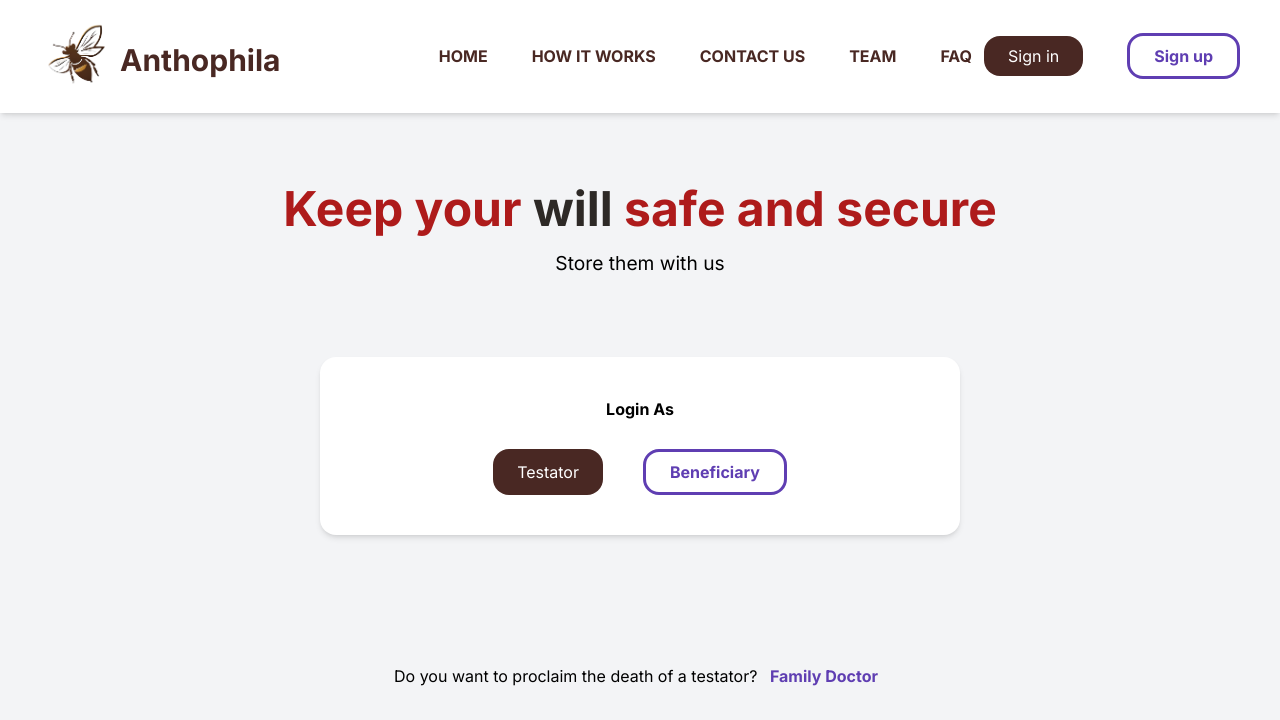
Repository: marcusdashe/anthophila
Page: /
The author's editor kept a copy of each file at every save. The page is drawn from the files as they stood at one save, then again after the next save.
The browser window is 1280 px wide. The pictures show the whole page.
The project was rebuilt for these pictures with package versions that can differ from the ones it lists, and the page was loaded fresh each time. The framework's server and built-in components were replaced by stand-ins that run in the browser. Also part of the build but not shown: next.config.js, styles/Home.module.css.

Above is the page before, as saved 2023-03-02 20:48:43.

After the next save:
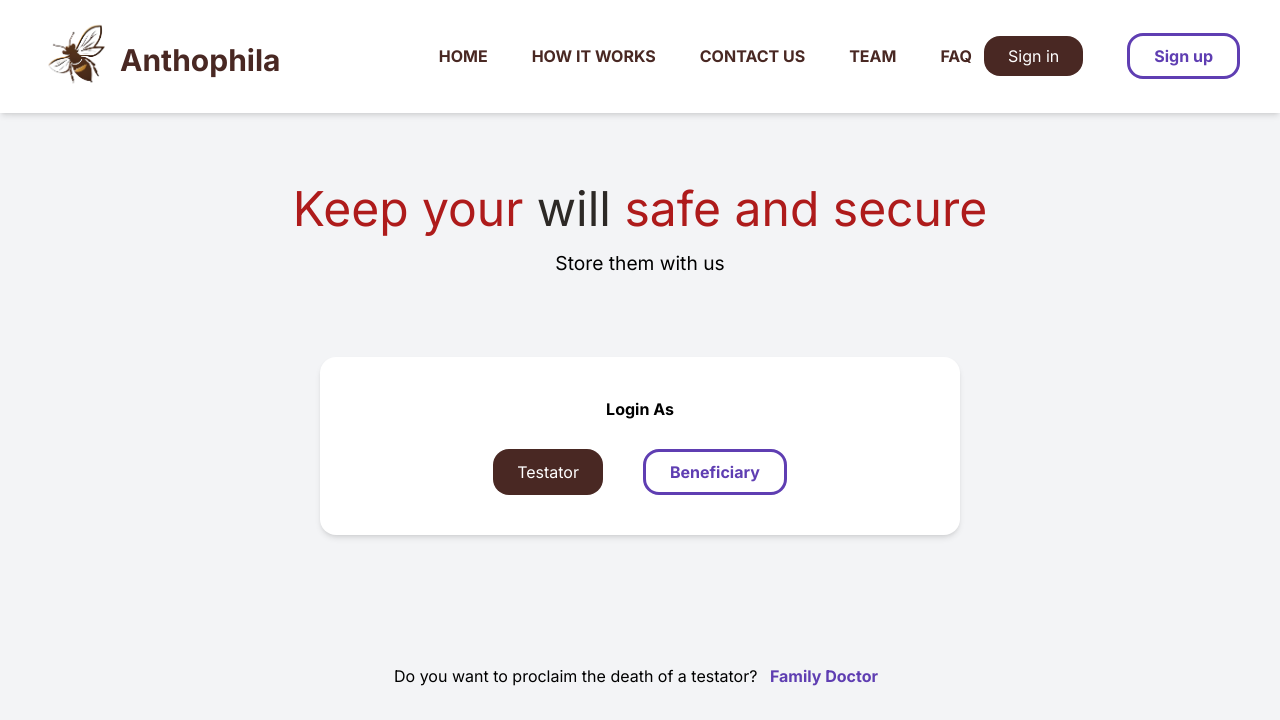
Saved 115 s later.
--- a/components/Hero.jsx
+++ b/components/Hero.jsx
@@ -7,7 +7,7 @@
     <div className="bg-gray-100 h-screen flex justify-center items-center flex-col">
       <header className="">
         <div className="max-w-7xl mx-auto px-4 sm:px-6 lg:px-8 flex flex-col items-center justify-center">
-          <h1 className="text-5xl font-bold text-[#AE1B1B] text-center mb-4">
+          <h1 className="text-5xl  text-[#AE1B1B] text-center mb-4">
             Keep your <span className="text-[#2D2926]">will</span> safe and
             secure
           </h1>

After the save that followed:
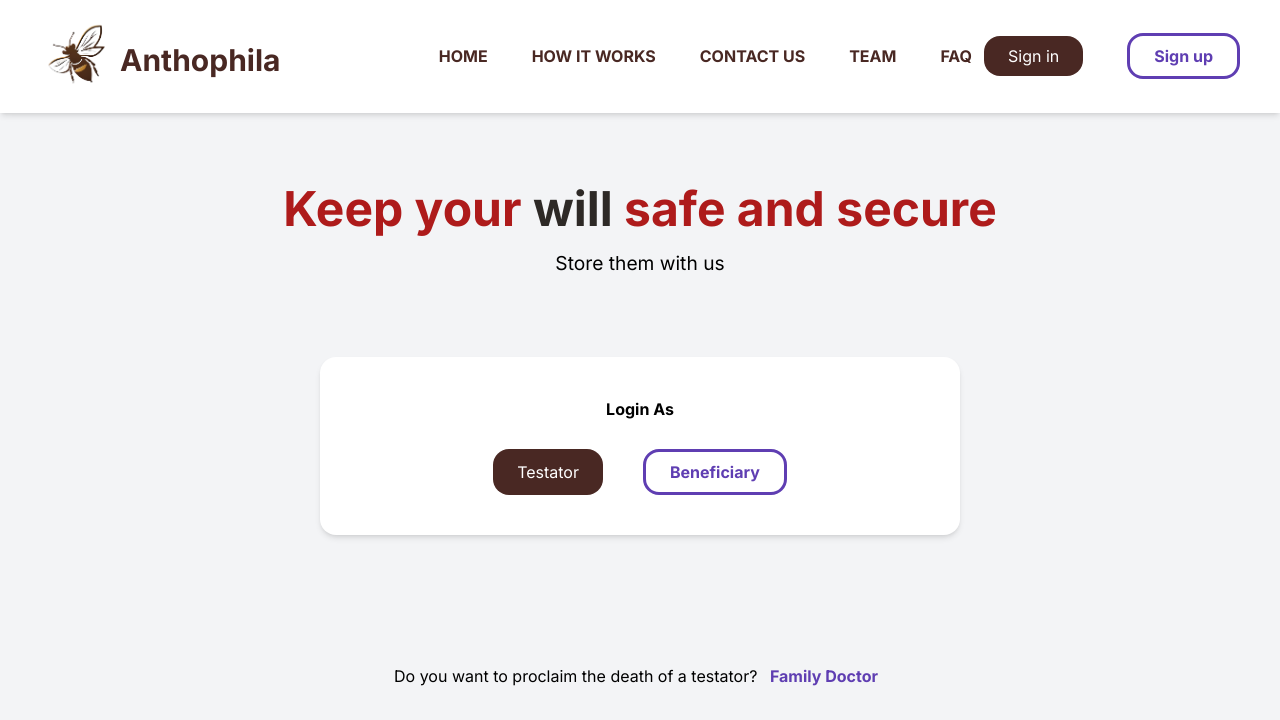
Saved 12 s later.
--- a/components/Hero.jsx
+++ b/components/Hero.jsx
@@ -7,7 +7,7 @@
     <div className="bg-gray-100 h-screen flex justify-center items-center flex-col">
       <header className="">
         <div className="max-w-7xl mx-auto px-4 sm:px-6 lg:px-8 flex flex-col items-center justify-center">
-          <h1 className="text-5xl  text-[#AE1B1B] text-center mb-4">
+          <h1 className="text-5xl font-bold text-[#AE1B1B] text-center mb-4">
             Keep your <span className="text-[#2D2926]">will</span> safe and
             secure
           </h1>
